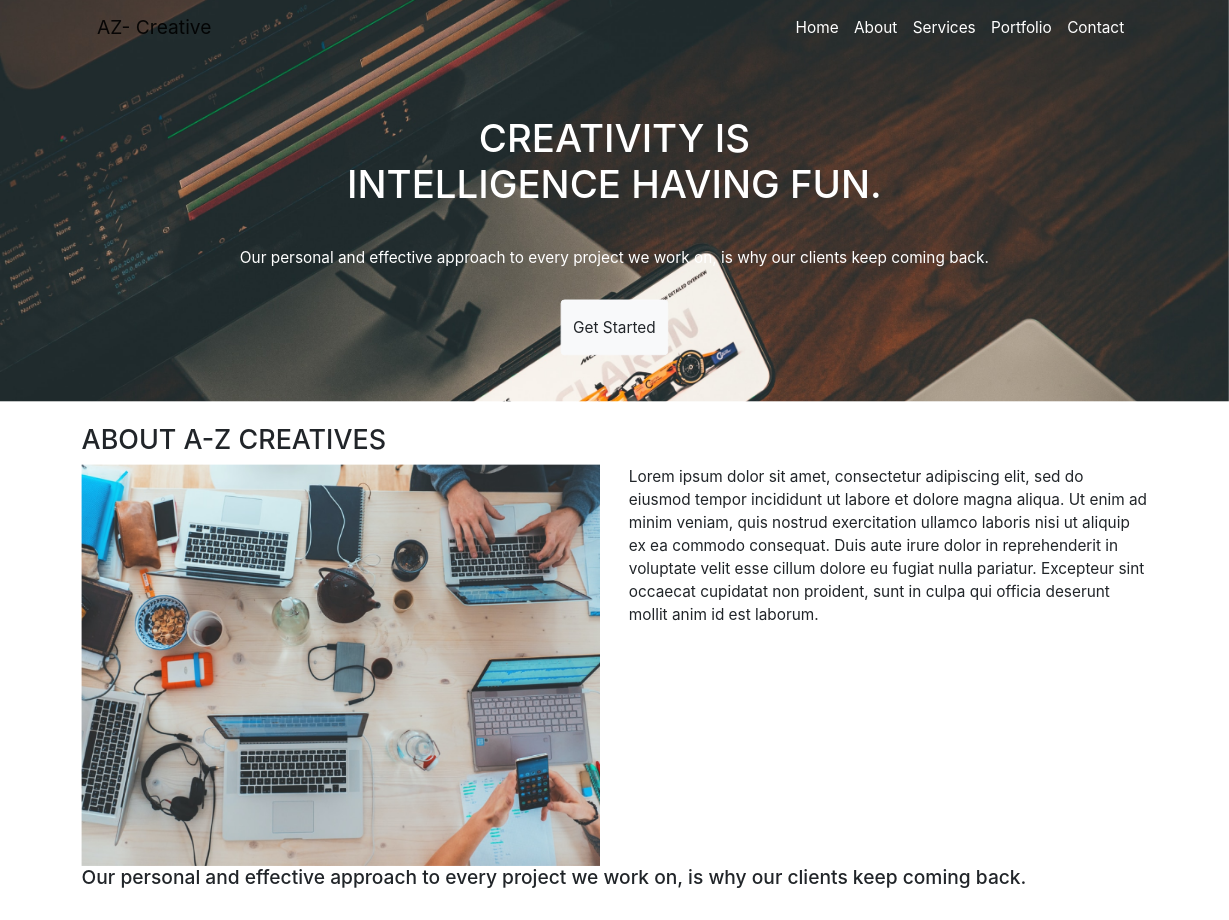
Repository: Syfon01/hng-port
Page: index.html
The author's editor kept a copy of each file at every save. The page is drawn from the files as they stood at one save, then again after a run of saves.
The browser window is 1280 px wide. The pictures show the whole page, at 96% of full size.

Above is the page before, as saved 2020-06-27 20:42:38.

### index.html
<!doctype html>
<html lang="en">
  <head>
    <title>Title</title>
    <!-- Required meta tags -->
    <meta charset="utf-8">
    <meta name="viewport" content="width=device-width, initial-scale=1, shrink-to-fit=no">

    <!-- Bootstrap CSS -->
    <link rel="stylesheet" href="https://stackpath.bootstrapcdn.com/bootstrap/4.5.0/css/bootstrap.min.css"
      integrity="sha384-9aIt2nRpC12Uk9gS9baDl411NQApFmC26EwAOH8WgZl5MYYxFfc+NcPb1dKGj7Sk" crossorigin="anonymous">
  <link rel="stylesheet" href="style.css">
  </head>
  <body>
    <section id="home">
      <div class="container">
        <nav class="navbar navbar-expand-lg navbar-light text-white">
          <a class="navbar-brand" href="#">AZ- Creative</a>
          <button class="navbar-toggler" type="button" data-toggle="collapse" data-target="#navbarNav" aria-controls="navbarNav"
            aria-expanded="false" aria-label="Toggle navigation">
            <span class="navbar-toggler-icon"></span>
          </button>
          <div class="collapse navbar-collapse" id="navbarNav">
            <ul class="navbar-nav ml-auto">
              <li class="nav-item active">
                <a class="nav-link" href="#">Home <span class="sr-only">(current)</span></a>
              </li>
              <li class="nav-item">
                <a class="nav-link" href="#">About</a>
              </li>
              <li class="nav-item">
                <a class="nav-link" href="#">Services</a>
              </li>

              <li class="nav-item">
                <a class="nav-link" href="#">Portfolio</a>
              </li>
              <li class="nav-item">
                <a class="nav-link " href="#">Contact</a>
              </li>
            </ul>
          </div>
        </nav>

        <div class="home-content text-white text-center py-5">
          <h1 class="py-3">CREATIVITY IS
            <br>
            INTELLIGENCE HAVING FUN.</h1>
          <p class="py-3">Our personal and effective approach to every
            project we work on, is why our clients
            keep coming back.</p>

        <button type="submit" class="btn btn-light py-3">Get Started</button>

        </div>
      </div>

    </section>
    <section id="about">
      <div class="container py-4">
        <h3>ABOUT A-Z CREATIVES</h3>
        <div class="row">
          <div class="col-lg-6 col-md-6 col-sm-12 col-12">
              <img src="./img/about.png" alt="" srcset="" class="img-fluid">
          </div>
          <div class="col-lg-6 col-md-6 col-sm-12 col-12">
          <p>
            Lorem ipsum dolor sit amet, consectetur adipiscing elit, sed do eiusmod tempor incididunt ut labore et dolore magna
            aliqua. Ut enim ad minim veniam, quis nostrud exercitation ullamco laboris nisi ut aliquip ex ea commodo consequat. Duis
            aute irure dolor in reprehenderit in voluptate velit esse cillum dolore eu fugiat nulla pariatur. Excepteur sint
            occaecat cupidatat non proident, sunt in culpa qui officia deserunt mollit anim id est laborum.

          </p>
          </div>
        </div>
        <h5>
          Our personal and effective approach to every project we work on, is why our clients keep coming back.
        </h5>
      </div>
    </section>
    <section id="services">

    </section>
    <section id="portfolio">

    </section>

    <!-- Optional JavaScript -->
    <!-- jQuery first, then Popper.js, then Bootstrap JS -->
    <script src="https://code.jquery.com/jquery-3.5.1.slim.min.js"
      integrity="sha384-DfXdz2htPH0lsSSs5nCTpuj/zy4C+OGpamoFVy38MVBnE+IbbVYUew+OrCXaRkfj" crossorigin="anonymous"></script>
    <script src="https://cdn.jsdelivr.net/npm/popper.js@1.16.0/dist/umd/popper.min.js"
      integrity="sha384-Q6E9RHvbIyZFJoft+2mJbHaEWldlvI9IOYy5n3zV9zzTtmI3UksdQRVvoxMfooAo" crossorigin="anonymous"></script>
    <script src="https://stackpath.bootstrapcdn.com/bootstrap/4.5.0/js/bootstrap.min.js"
      integrity="sha384-OgVRvuATP1z7JjHLkuOU7Xw704+h835Lr+6QL9UvYjZE3Ipu6Tp75j7Bh/kR0JKI" crossorigin="anonymous"></script>

  </body>
</html>

### style.css
#home{
  background-image: url('/img/home.png'),
  linear-gradient(to bottom, rgba(0, 0, 0, 0.52), rgba(0, 0, 0, 0.73));
  background-size: cover;
}
.nav-link {
  color: #fff!important;
}

After the next 2 saves:
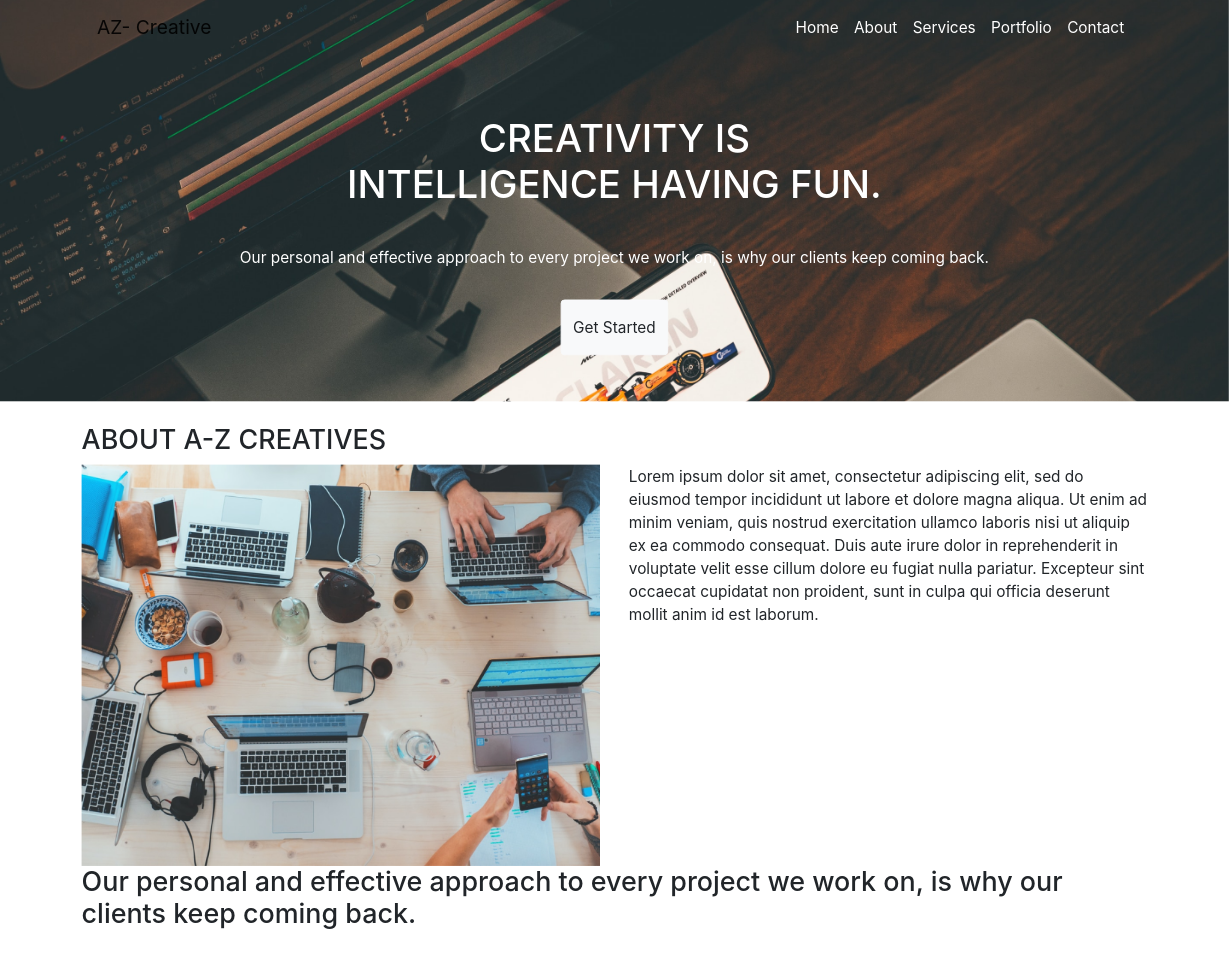
The 2 saves are shown as one change because they came seconds apart.
The last was saved 7 s later.
--- a/index.html
+++ b/index.html
@@ -73,9 +73,9 @@
           </p>
           </div>
         </div>
-        <h5>
+        <h3>
           Our personal and effective approach to every project we work on, is why our clients keep coming back.
-        </h5>
+        </h3>
       </div>
     </section>
     <section id="services">
